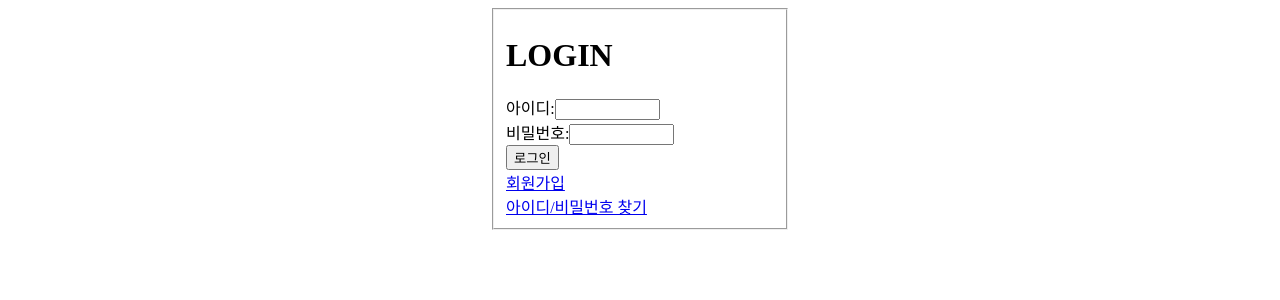
Repository: to-flatwhite1/JSP
Page: http://localhost/JSP/next.jsp
An editor plug-in stored every save of this project. The page is shown before and after the next save, followed by the edit.
The browser window is 1280 px wide. The pictures show the whole page.
The page is served by Tomcat 9.

Above is the page before, as saved 2024-05-17 09:29:50.

### portfolio-master/JSP/src/main/webapp/next.jsp
<%@ page language="java" contentType="text/html; charset=EUC-KR"
    pageEncoding="EUC-KR"%>
<!DOCTYPE html>
<html>
<head>
<meta charset="EUC-KR">
<title>산책어때:로그인</title>
<style>
	#container{
		width:300px;
		margin:0 auto;
	}
</style>
</head>
<body>
	<div id="container">
	<form method="get" action="next.jsp">
	<fieldset>
	<h1>LOGIN</h1>
	아이디:<input type="text" id="user_id" size="10"><br>
	비밀번호:<input type="password" id="user_pw" size="10"><br>
	<input type="submit" value="로그인"><br>
	<a href="next2.jsp">회원가입</a><br>
	<a href="next3.jsp">아이디/비밀번호 찾기</a>
	</fieldset>
	</form>
	</div>

</body>
</html>

After the next save:
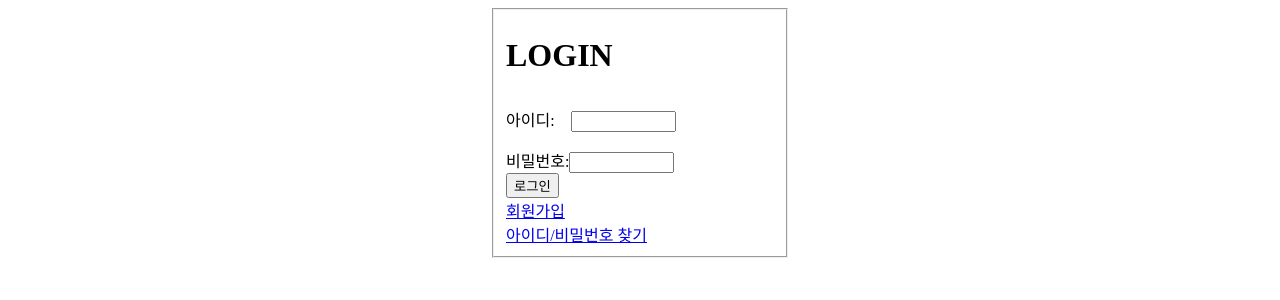
Saved 8 min 59 s later.
--- a/portfolio-master/JSP/src/main/webapp/next.jsp
+++ b/portfolio-master/JSP/src/main/webapp/next.jsp
@@ -9,6 +9,9 @@
 	#container{
 		width:300px;
 		margin:0 auto;
+	}
+	#user_id{
+		margin:16px
 	}
 </style>
 </head>
